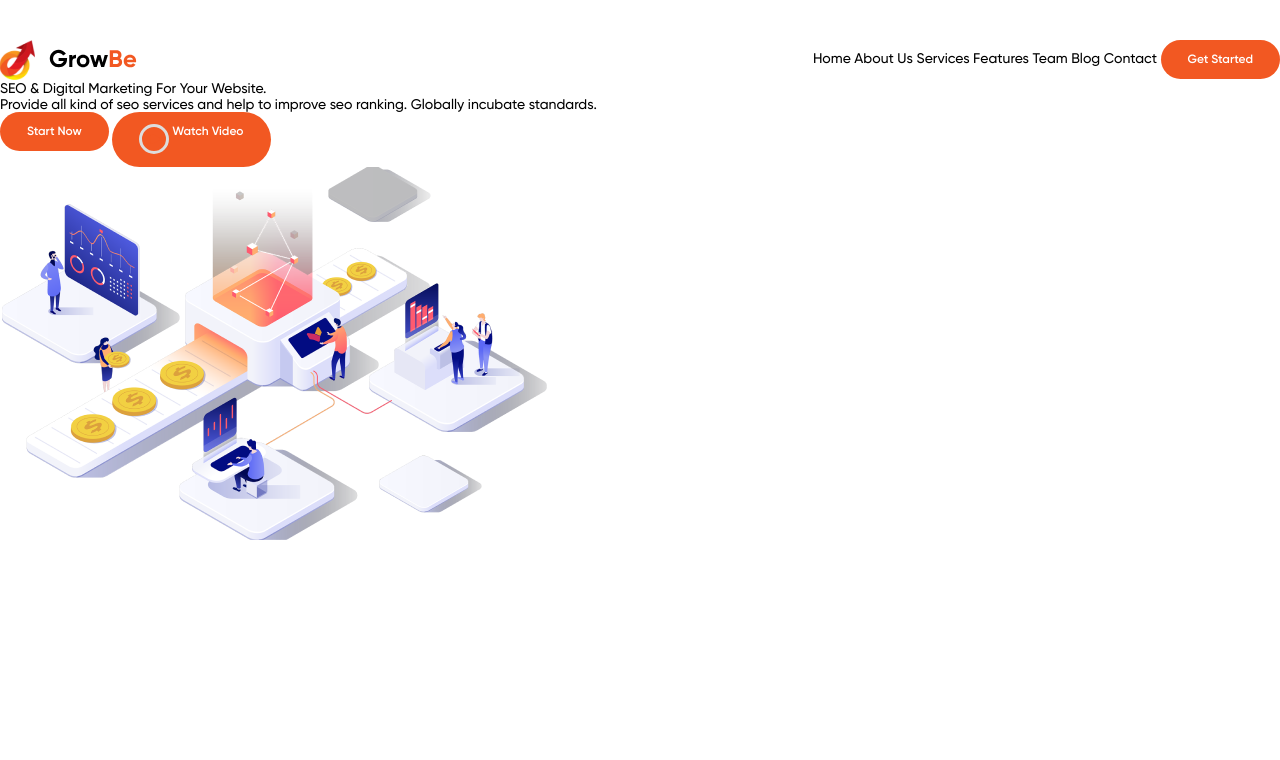
Repository: Alekseiy1980/GrowBe
Page: index.html
The author's editor kept a copy of each file at every save. The page is drawn from the files as they stood at one save, then again after the next save.
The browser window is 1280 px wide. The pictures show the whole page.
The pointer rests on the first visible `.btn_menu`.

Above is the page before, as saved 2024-01-20 11:59:07.

After the next save:
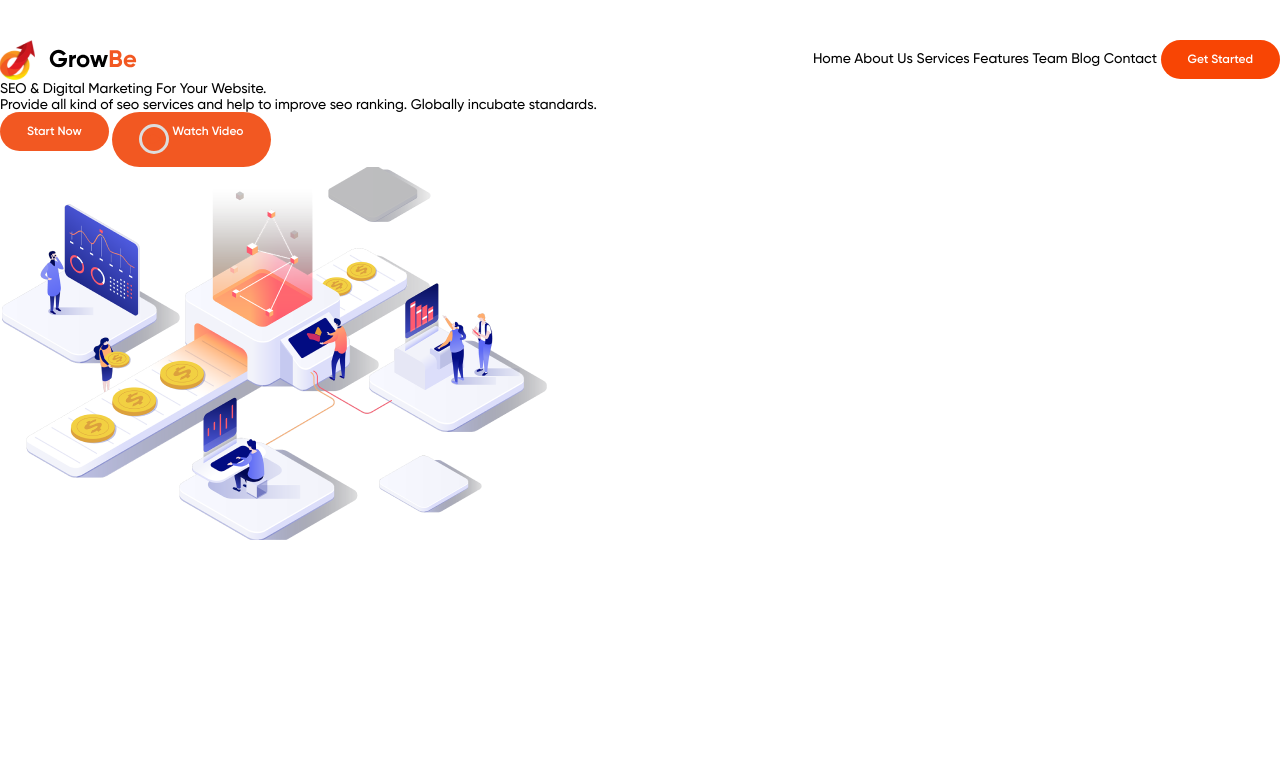
Saved 2 min 4 s later.
--- a/css/style.css
+++ b/css/style.css
@@ -60,3 +60,7 @@ header {
     background: #F25822;
     padding:12px 27px 13px;
 }
+
+.btn_menu:hover{
+    background: #f84504;
+}
